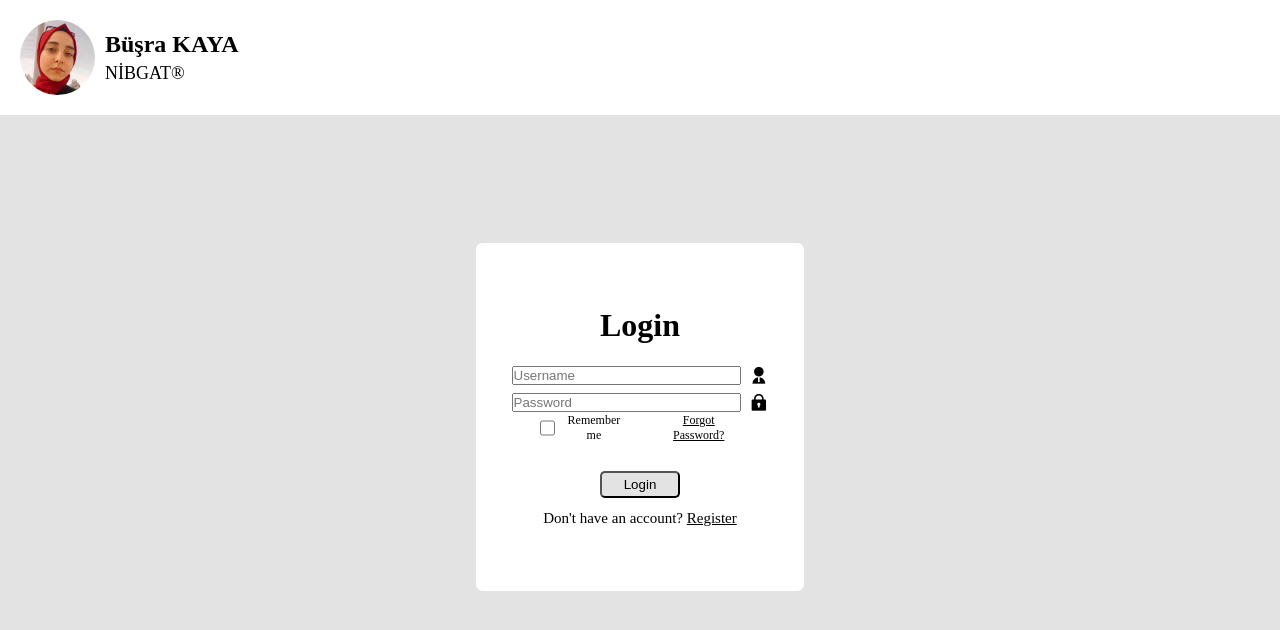
Repository: busra-kayaa/LoginPage
Page: login.html
An editor plug-in stored every save of this project. The page is shown before and after a run of saves, followed by the edit.
The browser window is 1280 px wide. The pictures show the whole page.

Above is the page before, as saved 2024-01-05 09:41:40.

After the next 8 saves:
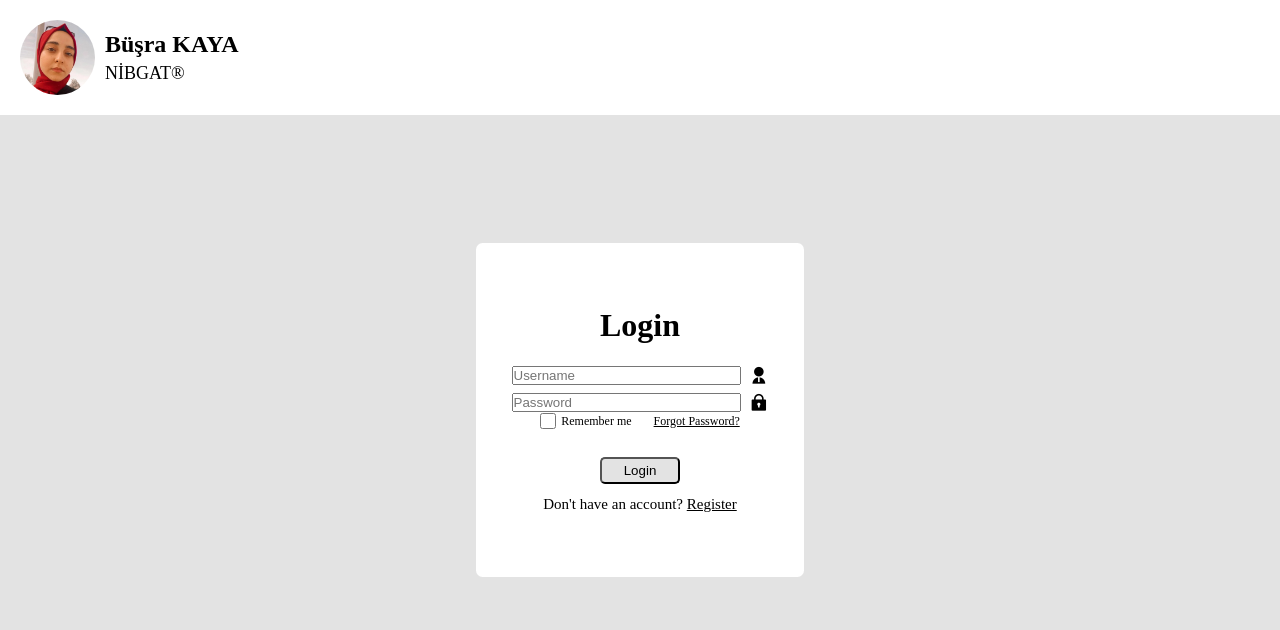
The 8 saves are shown as one change because they came seconds apart.
The last was saved 17 s later.
--- a/style.css
+++ b/style.css
@@ -100,7 +100,7 @@ body {
   .login__check {
     font-size: 12px;
     margin-bottom: 1rem;
-    gap: 30px;
+    gap: 22px;
   }
 
   .login__check-box {
